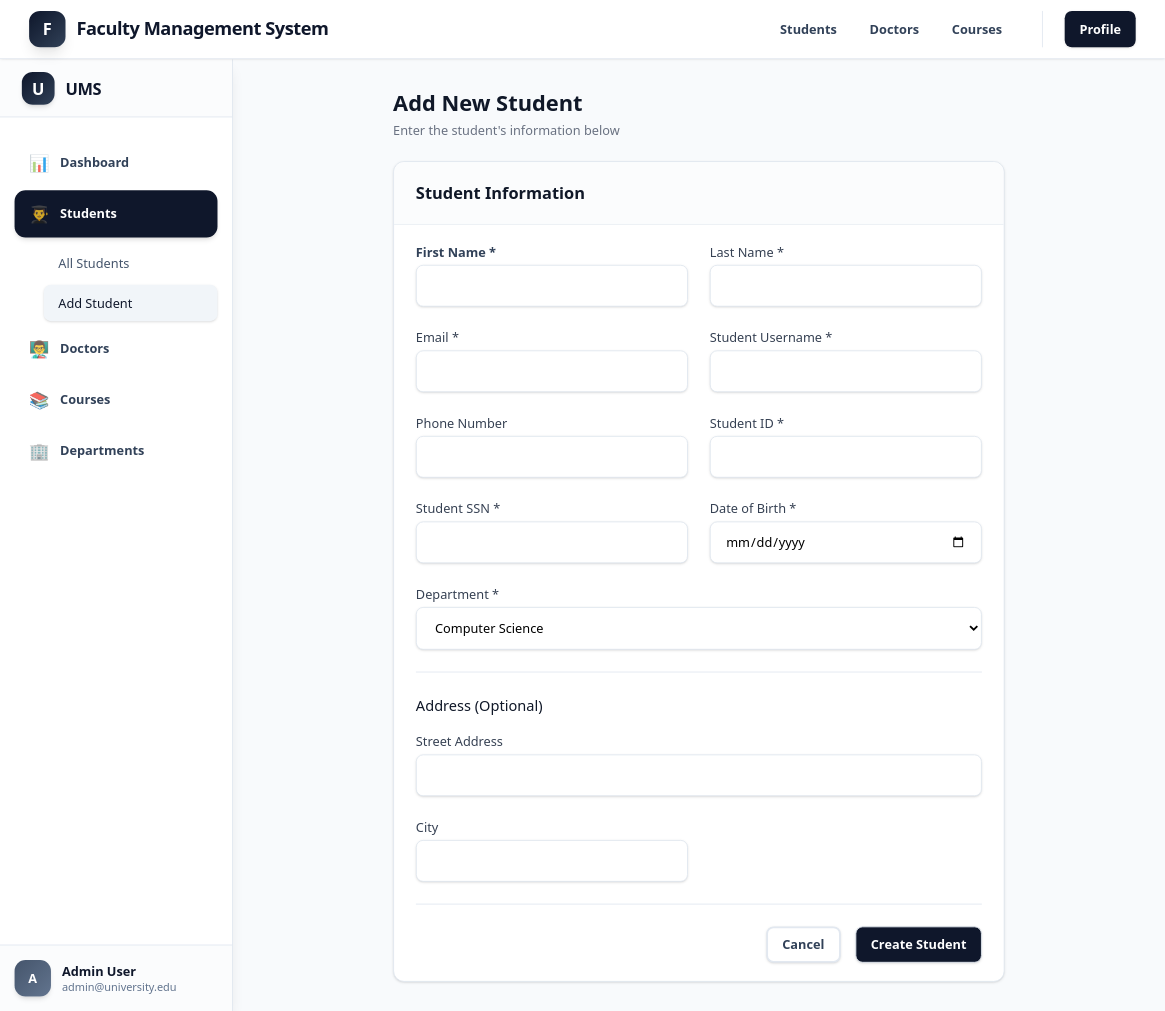
Repository: Mohamedmohsen179/Advanced-DB-Task
Page: /students/new (app in frontend/)
The author's editor kept a copy of each file at every save. The page is drawn from the files as they stood at one save, then again after the next save.
The browser window is 1280 px wide. The pictures show the whole page, at 91% of full size.
The page's requests for data from a server got no answer. The project was rebuilt for these pictures with package versions that can differ from the ones it lists, and the page was loaded fresh each time. The framework's server and built-in components were replaced by stand-ins that run in the browser. No one was signed in, and anything a server would have sent is missing. Also part of the build but not shown: frontend/next.config.ts.

Above is the page before, as saved 2025-11-28 19:38:26.

After the next save:
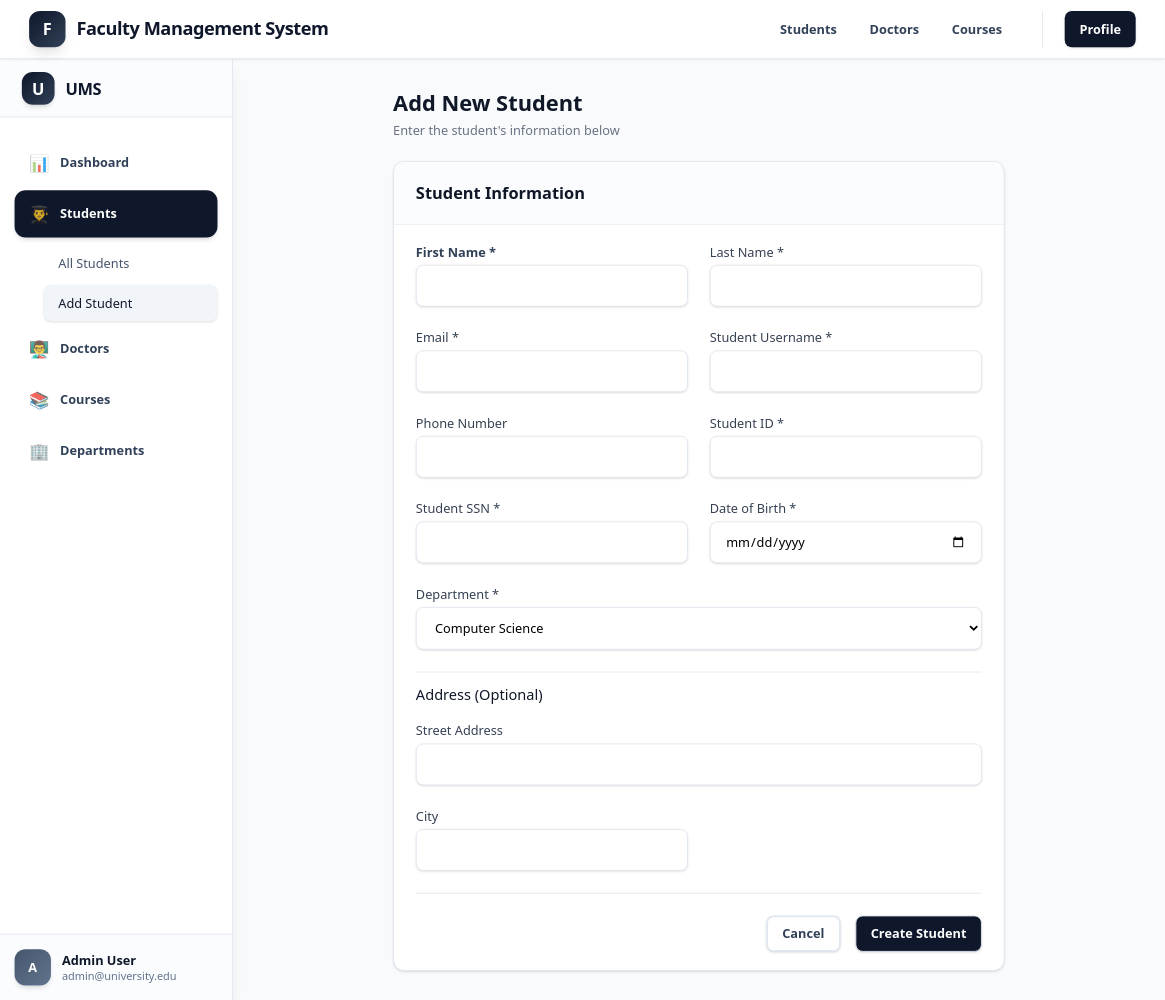
Saved 112 s later.
--- a/frontend/app/students/new/page.tsx
+++ b/frontend/app/students/new/page.tsx
@@ -248,7 +248,7 @@
               </div>
             </div>
 
-            <div className="border-t border-gray-200 pt-6">
+            <div className="border-t border-gray-200 pt-3">
               <h3 className="text-md font-medium text-gray-900 mb-4">Address (Optional)</h3>
               <div className="grid grid-cols-1 md:grid-cols-2 gap-6">
                 <div className="md:col-span-2">

After the save that followed:
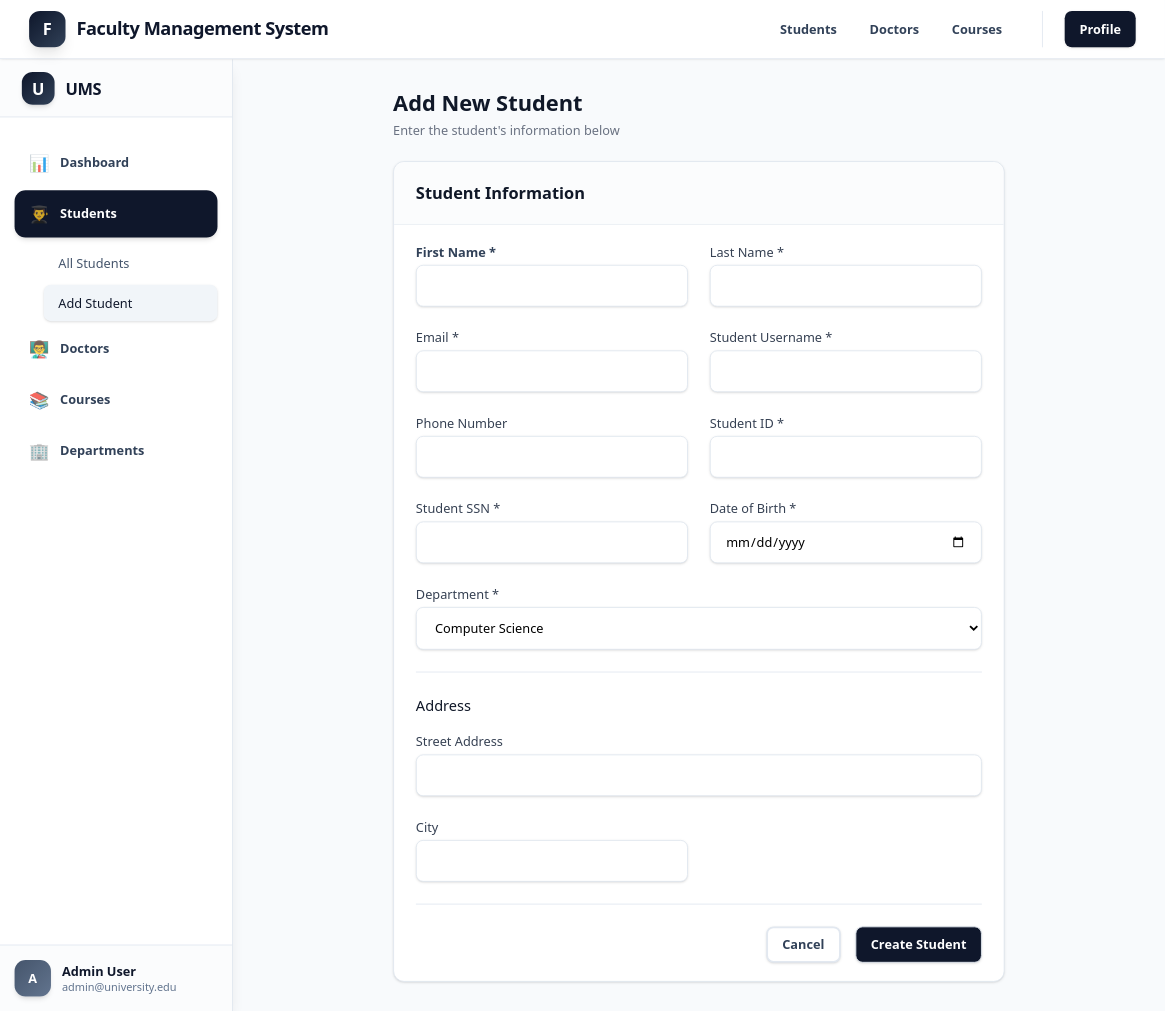
Saved 17 s later.
--- a/frontend/app/students/new/page.tsx
+++ b/frontend/app/students/new/page.tsx
@@ -248,8 +248,8 @@
               </div>
             </div>
 
-            <div className="border-t border-gray-200 pt-3">
-              <h3 className="text-md font-medium text-gray-900 mb-4">Address (Optional)</h3>
+            <div className="border-t border-gray-200 pt-6">
+              <h3 className="text-md font-medium text-gray-900 mb-4">Address</h3>
               <div className="grid grid-cols-1 md:grid-cols-2 gap-6">
                 <div className="md:col-span-2">
                   <label htmlFor="address.street" className="block text-sm font-medium text-gray-700">
